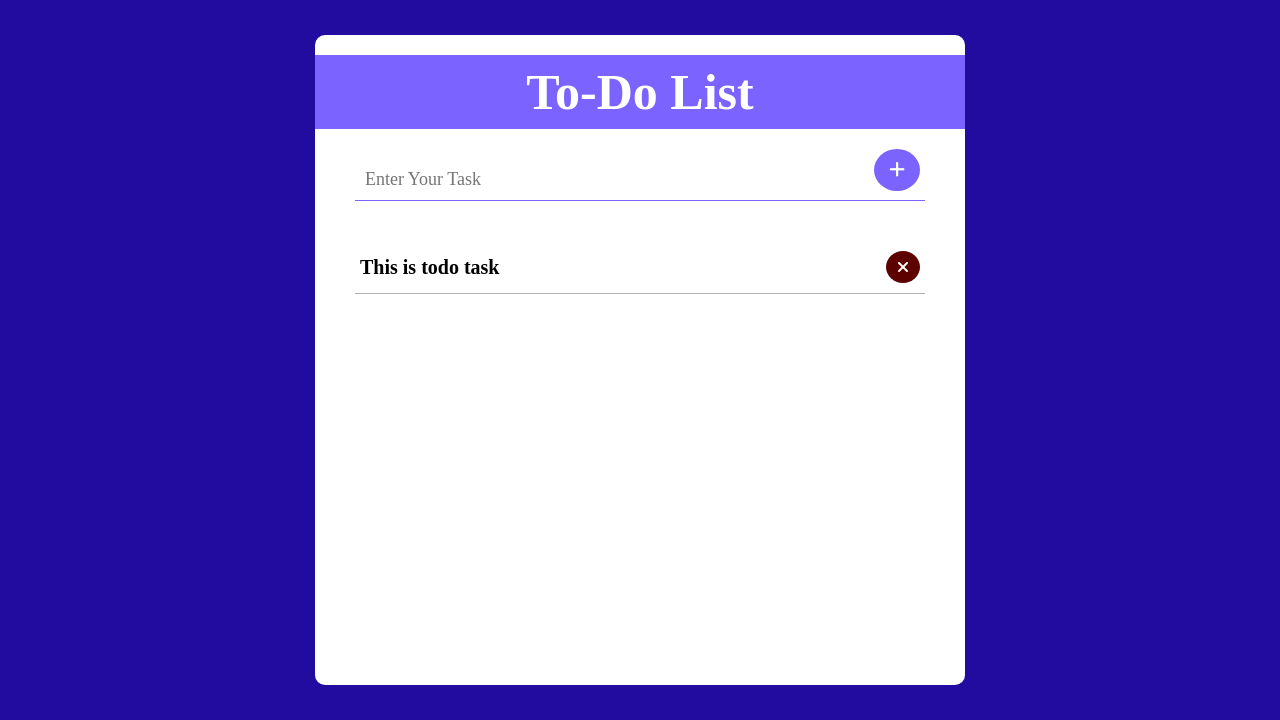
Repository: AliHassan02-Dev/To-Do-App
Page: /
The author's editor kept a copy of each file at every save. The page is drawn from the files as they stood at one save, then again after the next save.
The browser window is 1280 px wide. The pictures show the whole page.
Some web libraries are served in a nearby version. The project was rebuilt for these pictures with package versions that can differ from the ones it lists, and the page was loaded fresh each time. Also part of the build but not shown: vite.config.js.

Above is the page before, as saved 2024-10-28 11:56:50.

After the next save:
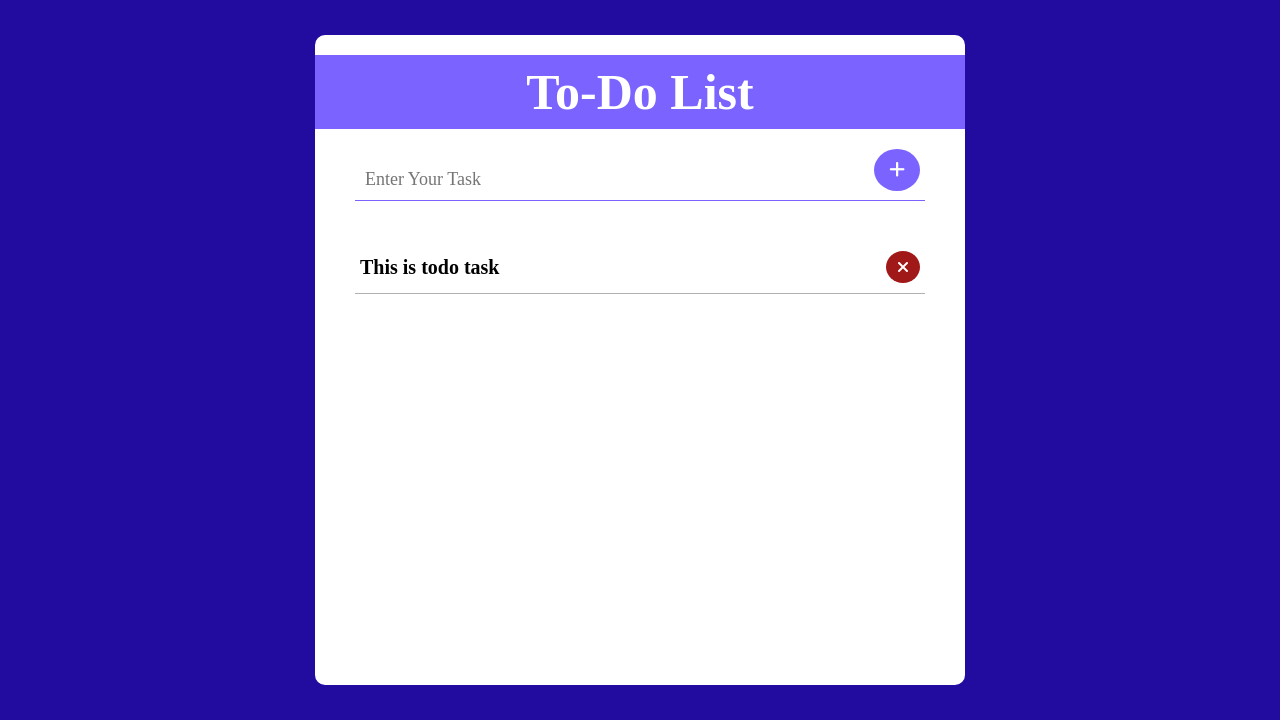
Saved 5 s later.
--- a/src/App.css
+++ b/src/App.css
@@ -100,7 +100,7 @@
 
 .mainWrapper .container .bottomBar .taskList span {
   color: white;
-  background-color: rgb(92, 0, 0);
+  background-color: rgb(160, 24, 24);
   padding: 8px 11px;
   font-size: 16px;
   border-radius: 100%;
